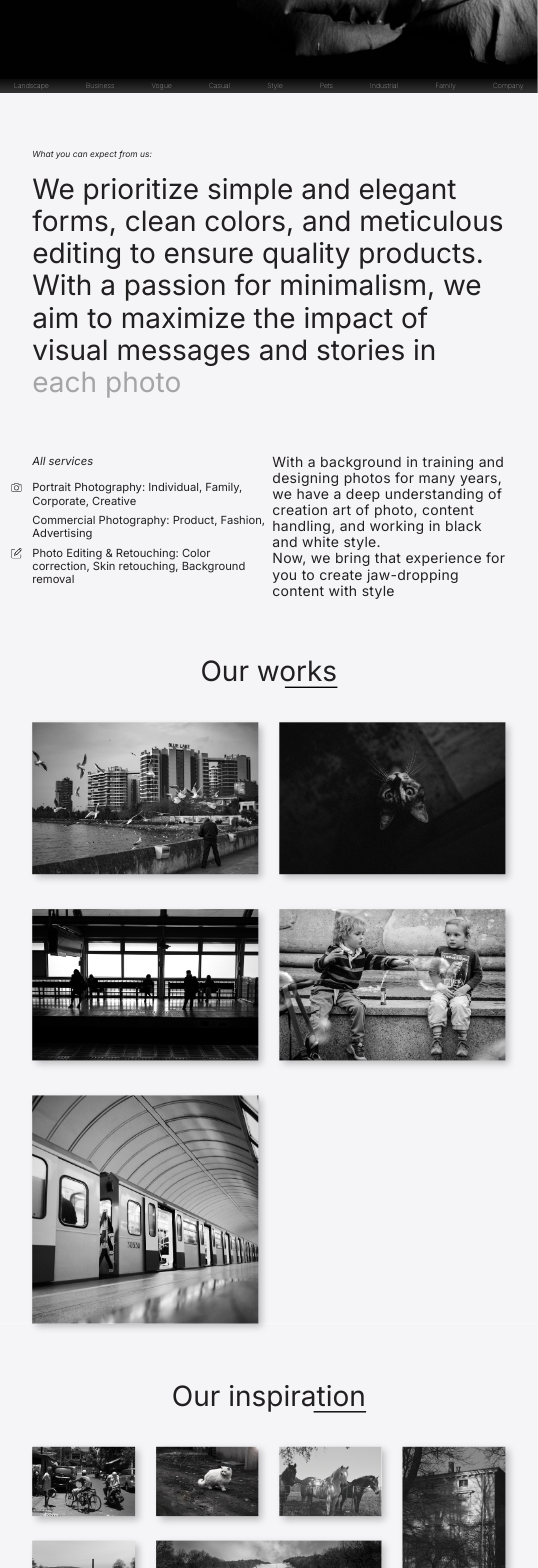
Repository: Wander1ay/Monovision_Studio
Page: src/index.html
These files come from the project's save history. The page is drawn as it stood at one moment and after the next save; the edit follows.
The browser window is 768 px wide. The pictures show the part of the page from y = 667 to 2907 px (the page is 4281 px tall before and 4069 px after), at 70% of full size.

Above is the page before, as saved 2025-04-05 19:51:12.

### src/index.html
<!DOCTYPE html>
<html lang="en">
<head>
    <meta charset="UTF-8">
    <meta name="viewport" content="width=device-width, initial-scale=1.0">
    <title>Monovision Studio</title>

    <link
        href="https://fonts.googleapis.com/css2?family=Inter:ital,opsz,wght@0,14..32,100..900;1,14..32,100..900&display=swap"
        rel="stylesheet">
    <link rel="stylesheet" href="css/modern-normalize.min.css">
    <link rel="stylesheet" href="css/style.css">
</head>
<body>
    <main>
        <section class="promo">
            <div class="container">
                <h1 class="promo__title">Monovision Studio</h1>
                <h2 class="promo_subtitle">Want some style on your photos?</h2>
                <a href="#" class="btn">Portfolio</a>
                <div class="promo__adress">
                    Location:
                    <address>Everton Park, Block 2, Singapore 081002</address>
                    <a href="tel:+6569964725">+6569964725</a>
                </div>
            </div>
            <ul class="keywords">
                <li>Landscape</li>
                <li>Business</li>
                <li>Vogue</li>
                <li>Casual</li>
                <li>Style</li>
                <li>Pets</li>
                <li>Industrial</li>
                <li>Family</li>
                <li>Company</li>
                <li>Clothes</li>
                <li>Design</li>
                <li>Urban</li>
                <li>Fashion</li>
                <li>Portrait</li>
                <li>Nature</li>
            </ul>
        </section>

        <section class="about">
            <div class="container">
                <h2 class="about__title">What you can expect from us:</h2>
                <p class="about__text">We prioritize simple and elegant forms, clean colors, and meticulous editing to ensure quality
                    products. With a passion
                    for minimalism, we aim to maximize the impact of visual messages and stories in <span>each photo</span></p>
                <div class="servisces">
                    <div class="servisces__items">
                        <div class="services__item-subtitle">All services</div>
                        <ul>
                            <li>Portrait Photography: Individual, Family, Corporate, Creative</li>
                            <li>Commercial Photography: Product, Fashion, Advertising</li>
                            <li>Photo Editing & Retouching: Color correction, Skin retouching, Background removal</li>
                        </ul>
                    </div>
                    <p class="services__text">
                        With a background in training and designing photos for many years, we have a deep understanding of creation art
                        of
                        photo, content handling, and working in black and white style. <br>
                        Now, we bring that experience for you to create jaw-dropping content with style
                    </p>
                </div>
            </div>
        </section>

        <section class="works">
            <div class="container">
                <h2 class="title"><span>Our works</span></h2>
                <div class="works__grid">
                    <img src="img/works/bridge.jpg" alt="bridge">
                    <img src="img/works/cat.jpg" alt="cat">
                    <img src="img/works/train.jpg" alt="train">
                    <img src="img/works/children.jpg" alt="children">
                    <img src="img/works/underground.jpg" alt="underground">
                </div>
            </div>
        </section>

        <section class="inspiration">
            <div class="container">
                <h2 class="title"><span>Our inspiration</span></h2>
                <div class="inspiration__grid">
                    <img src="img/inspiration/man.jpg" alt="man">
                    <img src="img/inspiration/cat.jpg" alt="cat">
                    <img src="img/inspiration/horses.jpg" alt="horses">
                    <img src="img/inspiration/bridge.jpg" alt="bridge">
                    <img id="sky" src="img/inspiration/sky.jpg" alt="sky">
                    <img id="tenement" src="img/inspiration/tenement.jpg" alt="tenement">
                </div>
             </div>
        </section>

        <section class="customers">
            <div class="container">
                <h2 class="title"><span>Our inspiration</span></h2>
                <div class="customers__wrapper">
                    <img src="logo/logo-first-alliances.jpg" alt="first-alliances">
                    <img src="logo/logo-growell.jpg" alt="growel">
                    <img src="logo/logo-iec-winter-wolf.jpg" alt="iec-winter-wolf">
                </div>
            </div>
        </section>
        <footer class="footer">
            <ul class="footer__social">
                    <li>
                        <a href="#" class="footer__link">
                            <img src="icons/facebook.svg" alt="facebook">
                        </a>
                    </li>
                    <li>
                        <a href="#" class="footer__link">
                            <img src="icons/tg.svg" alt="tg">
                        </a>
                    </li>
                                    <li>
                        <a href="#" class="footer__link">
                            <img src="icons/whatsapp.svg" alt="whatsapp">
                        </a>
                    </li>
            </ul>
            <address class="footer__addr">
                Everton Park, Block 2, Singapore 081002
            </address>
            <a class="footer__tel" href="tel:+6569964725">+6569964725</a>
        </footer>
    </main>
</body>
</html>

### src/css/modern-normalize.min.css
/**
 * Minified by jsDelivr using clean-css v5.3.3.
 * Original file: /npm/modern-normalize@3.0.1/modern-normalize.css
 *
 * Do NOT use SRI with dynamically generated files! More information: https://www.jsdelivr.com/using-sri-with-dynamic-files
 */
/*! modern-normalize v3.0.1 | MIT License | https://github.com/sindresorhus/modern-normalize */
*,::after,::before{box-sizing:border-box}html{font-family:system-ui,'Segoe UI',Roboto,Helvetica,Arial,sans-serif,'Apple Color Emoji','Segoe UI Emoji';line-height:1.15;-webkit-text-size-adjust:100%;tab-size:4}body{margin:0}b,strong{font-weight:bolder}code,kbd,pre,samp{font-family:ui-monospace,SFMono-Regular,Consolas,'Liberation Mono',Menlo,monospace;font-size:1em}small{font-size:80%}sub,sup{font-size:75%;line-height:0;position:relative;vertical-align:baseline}sub{bottom:-.25em}sup{top:-.5em}table{border-color:currentcolor}button,input,optgroup,select,textarea{font-family:inherit;font-size:100%;line-height:1.15;margin:0}[type=button],[type=reset],[type=submit],button{-webkit-appearance:button}legend{padding:0}progress{vertical-align:baseline}::-webkit-inner-spin-button,::-webkit-outer-spin-button{height:auto}[type=search]{-webkit-appearance:textfield;outline-offset:-2px}::-webkit-search-decoration{-webkit-appearance:none}::-webkit-file-upload-button{-webkit-appearance:button;font:inherit}summary{display:list-item}
/*# sourceMappingURL=/sm/d2d8cd206fb9f42f071e97460f3ad9c875edb5e7a4b10f900a83cdf8401c53a9.map */

### src/css/style.css
h1,
h2,
h3,
h4,
h5,
figure,
p,
ol,
ul {
    margin: 0;
}

ol[role="list"],
ul[role="list"] {
    list-style: none;
    padding-inline: 0;
}

h1,
h2,
h3,
h4,
h5 {
    font-size: inherit;
    font-weight: inherit;
}

img {
    display: block;
    max-inline-size: 100%;
}

:root {
    --light-color: #F5F5F7;
    --dark-color: #221F20;
    --container-padding-inline: 13%;
    --footer-padding-inline: 10%;
    @media screen and (max-width: 768px) {
        --container-padding-inline: 6%;
        --footer-padding-inline: 6%;
    }
    @media screen and (max-width: 576px) {
        --container-padding-inline: 15px;
        --footer-padding-inline: 15px;
    }
}

html {
    font-family: "Inter", sans-serif;
}

.container {
    padding: 0 var(--container-padding-inline);
}

.title {
    text-align: center;
    font-weight: 400;
    font-size: 40px;
    color: var(--dark-color);
    span {
        position: relative;
    }
    span::after {
        content: '';
        position: absolute;
        bottom: 0;
        right: 0;
        display: block;
        background-color: black;
        width: 75px;
        height: 2px;
    }
}

.promo {
    position: relative;
    min-height: 100vh;
    background: url('../img/main_bg.jpeg') center center / cover no-repeat;
    padding-top: 75px;
    @media screen and (max-width: 768px) {
        & {
            background: url('../img/tablet_bg.jpg') center center / cover no-repeat
        }
    }
    @media screen and (max-width: 576px) {
        & {
            min-height: 500px;
            padding-top: 50px;
        }
    }
}

.promo__title {
    font-weight: 400;
    font-size: 60px;
    text-transform: uppercase;
    color: var(--light-color);
    @media screen and (max-width: 768px) {
        font-size: 48px;
    }
    @media screen and (max-width: 576px) {
        font-size: 26px;
    }
}

.promo_subtitle {
    font-weight: 100;
    font-size: 32px;
    color: var(--light-color);
    padding-top: 124px;
    @media screen and (max-width: 768px) {
        & {
            padding-top: 80px;
        }
    }
    @media screen and (max-width: 576px) {
     padding-top: 30px;
     font-size: 16px;
    }
}

.btn {
    display: flex;
    justify-content: center;
    align-items: center;
    text-decoration: none;
    margin-top: 20px;
    padding: 3px 10px;
    width: 160px;
    min-height: 38px;
    border: 1px solid var(--light-color);
    background: rgba(217, 217, 217, 0);
    color: var(--light-color);
    font-weight: 100;
    font-size: 16px;
    cursor: pointer;
    transition: all 0.3s ease-out;
    @media screen and (max-width: 576px) {
        width: 120px;
        min-height: 30px;
        font-size: 14px;
    }
}

.btn:hover {
    font-weight: 500;
    font-size: 16px;
    box-shadow: 5px 5px 10px 0 rgba(255, 255, 255, 0.62);
}

.promo__adress {
    position: relative;
    margin-top: 100px;
    font-weight: 100;
    font-size: 16px;
    color: var(--light-color);
    address {
        font-style: normal;
    }
    a {
        color: inherit;
        text-decoration: none;
    }
    &::before {
        position: absolute;
        left: -45px;
        top: -17px;
        content: '';
        display: block;
        width: 49px;
        height: 49px;
        background: url(../icons/arrow.svg) center center / cover no-repeat
    }
    @media screen and (max-width: 768px) {
        & {
            margin-top: 80px;
        }
        &::before {
            left: -40;
        }
    }
    @media screen and (max-width: 750px) {
        &::before {
            display: none;
        }
    }
    @media screen and (max-width: 576px) {
     margin-top: 233px;
    }
}

.keywords {
    display: flex;
    justify-content: space-between;
    align-items: center;
    width: 100%;
    height: 20px;
    position: absolute;
    bottom: 0;
    font-weight: 100;
    font-size: 10px;
    color: var(--light-color);
    background: linear-gradient(180deg, rgba(255, 255, 255, 0.04) 0%, rgba(255, 255, 255, 0.12) 50%, rgba(255, 255, 255, 0.2) 100%);
    padding: 0 360px;
    li {
        list-style-type: none;
    }
    @media screen and (max-width: 1440px) {
        padding: 0 20px;
    }
    @media screen and (max-width: 768px) {
        & li:nth-last-child(-n + 6) {
            display: none;
        }
    }
    @media screen and (max-width: 576px) {
        & {
            margin-top: 10px;
        }
        & li:nth-last-child(-n + 11) {
            display: none;
        }
    }
}

.about {
    padding-top: 80px;
    background-color: var(--light-color);
}

.about__title {
    font-style: italic;
    font-weight: 400;
    font-size: 12px;
    color: var(--dark-color);
}

.about__text {
    width: 1100px;
    margin-top: 20px;
    font-weight: 400;
    font-size: 40px;
    color: var(--dark-color);
    span {
        color: #a5a5a5;
    }
    @media screen and (max-width: 1440px) {
        width: 100%;
    }
}

.servisces {
    margin-top: 80px;
    display: flex;
    column-gap: 10px;
}

.servisces__items {
    width: 50%;
    ul {
        margin-top: 20px;
        padding: 0;
    }
    li {
        position: relative;
        margin-top: 10px;
        list-style-type: none;
        font-weight: 400;
        font-size: 16px;
        color: var(--dark-color);
        &:first-child::before {
                content: '';
                display: block;
                position: absolute;
                left: -30px;
                top: 2px;
                width: 15px;
                height: 15px;
                background: url('../icons/camera.svg') center center / cover no-repeat
            }
        &:nth-child(3)::before {
            content: '';
            display: block;
            position: absolute;
            left: -30px;
            top: 2px;
            width: 15px;
            height: 15px;
            background: url('../icons/edit.svg') center center / cover no-repeat;
        }
    }
}

.services__item-subtitle {
    font-style: italic;
    font-weight: 400;
    font-size: 16px;
    color: var(--dark-color);
}

.services__text {
    width: 50%;
    font-weight: 400;
    font-size: 20px;
    letter-spacing: 0.02em;
    color: var(--dark-color);
}

.works {
    padding-top: 80px;
    background-color: var(--light-color);
}

.works__grid {
    display: grid;
    margin-top: 50px;
    grid-template-columns: repeat(2, 1fr);
    grid-template-rows: repeat(2, 1fr) 1.5fr;
    column-gap: 30px;
    row-gap: 50px;
    img {
        width: 100%;
        height: 100%;
        object-fit: cover;
        box-shadow: 5px 5px 10px 0 rgba(0, 0, 0, 0.25);
    }

}

.inspiration {
    padding-top: 80px;
    background-color: var(--light-color);
}


.inspiration__grid {
        display: grid;
        grid-template-columns: repeat(4, 1fr);
        grid-template-rows:  repeat(2, 1fr);
        gap: 30px;
        margin-top: 50px;
        img {
                width: 100%;
                box-shadow: 5px 5px 10px 0px rgba(0, 0, 0, 0.25);
            }
}

#tenement {
    grid-row: 1/3;
    grid-column: 4/5;
}

#sky {
    grid-column: 2/4;
}

.customers {
    background-color: var(--light-color);
    padding: 80px 0 100px 0;
}

.customers__wrapper {
    margin-top: 50px;
    display: flex;
    flex-wrap: wrap;
    gap: 30px;
    img {
        width: calc(100% - 90px) / 4;
        box-shadow: 7px 7px 12px 0 rgba(0, 0, 0, 0.25);
    }
}

.footer {
    display: flex;
    justify-content: space-around;
    align-items: center;
    padding: 88px var(--footer-padding-inline);
    background: black;
    font-weight: 400;
    font-size: 20px;
    color: var(--light-color);
}

.footer__addr {
    font-style: normal;
}

.footer__tel {
    color: var(--light-color);
    text-decoration: none;
}

.footer__social {
    padding-left: 0;
    display: flex;
    gap: 30px;
    list-style-type: none;
    li {
        justify-content: center;
        align-items: center;
        display: flex;
        width: 32px;
        height: 32px;
        background: rgba(217, 217, 217, 0);
        border: 1px solid var(--light-color);
        img {
            width: 22px;
            height: 22px;
        }
    }
}

After the next save:
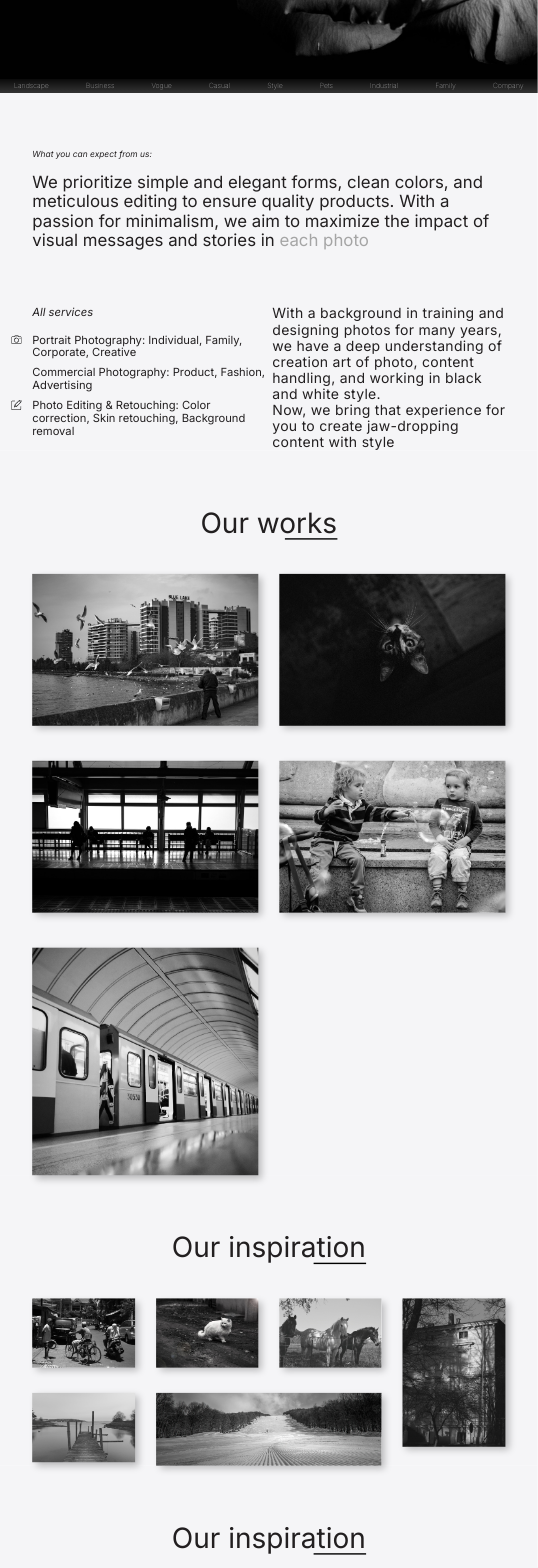
Saved 7 min 59 s later.
--- a/src/css/style.css
+++ b/src/css/style.css
@@ -247,6 +247,11 @@
     }
     @media screen and (max-width: 1440px) {
         width: 100%;
+    }
+    @media screen and (max-width: 768px) {
+        & {
+            font-size: 24px;
+        }
     }
 }
 
